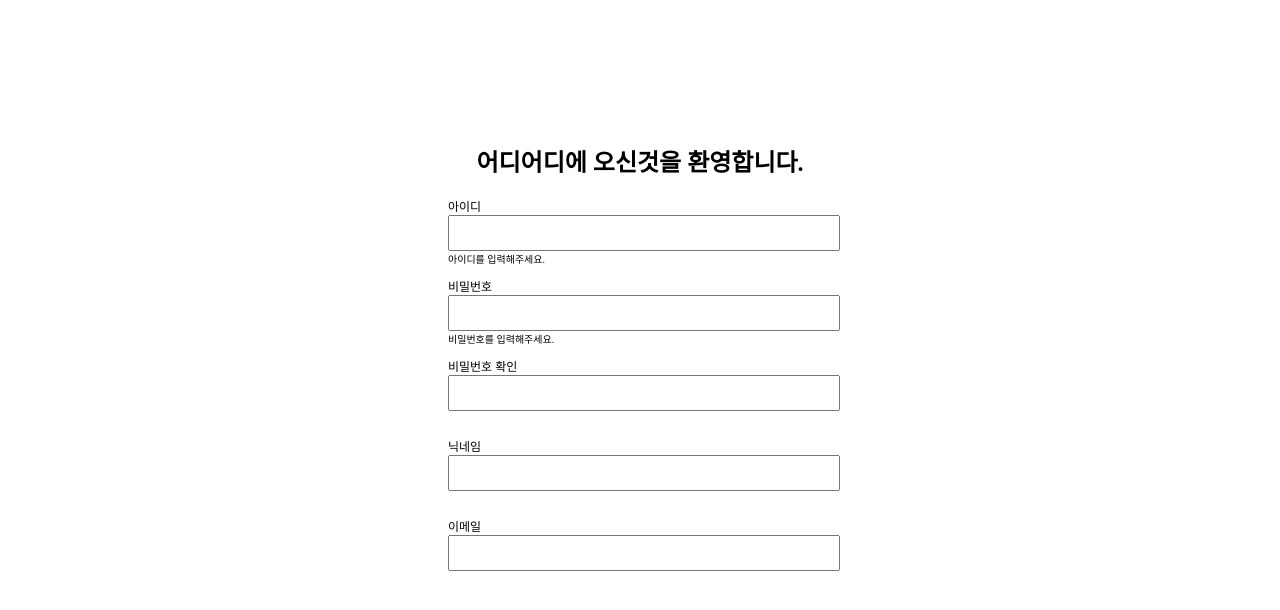
Repository: zzangyu/koreanFoodsProject
Page: http://localhost/koreanFoodsProject/koreanFoods/signUp.jsp
An editor plug-in stored every save of this project. The page is shown before and after the next save, followed by the edit.
The browser window is 1280 px wide. The pictures show the whole page.
The page is served by Tomcat 9.

Above is the page before, as saved 2022-12-29 07:16:45.

After the next save:
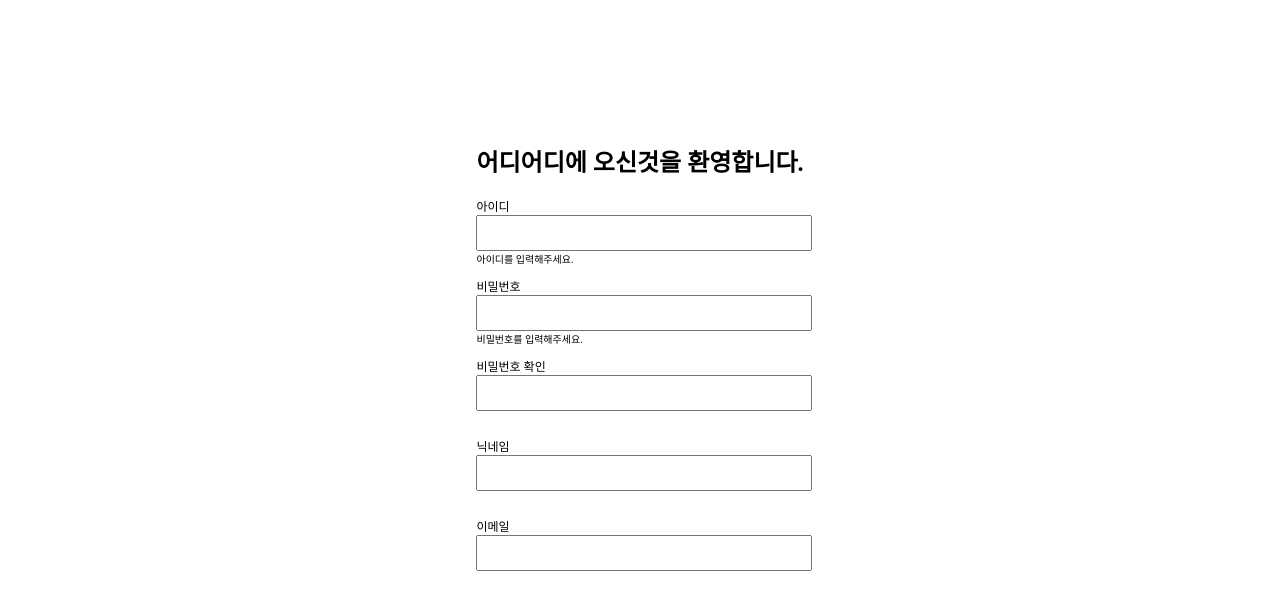
Saved 31 s later.
--- a/koreanFoodsProject/src/main/webapp/koreanFoods/css/kFoods.css
+++ b/koreanFoodsProject/src/main/webapp/koreanFoods/css/kFoods.css
@@ -21,9 +21,6 @@ a {
 	justify-content: center;
 	align-items: center;
 }
-#signUp_Wrap {
-	width: 30%;
-}
 .signUp_textSize {
 	font-size: 12px;
 }
